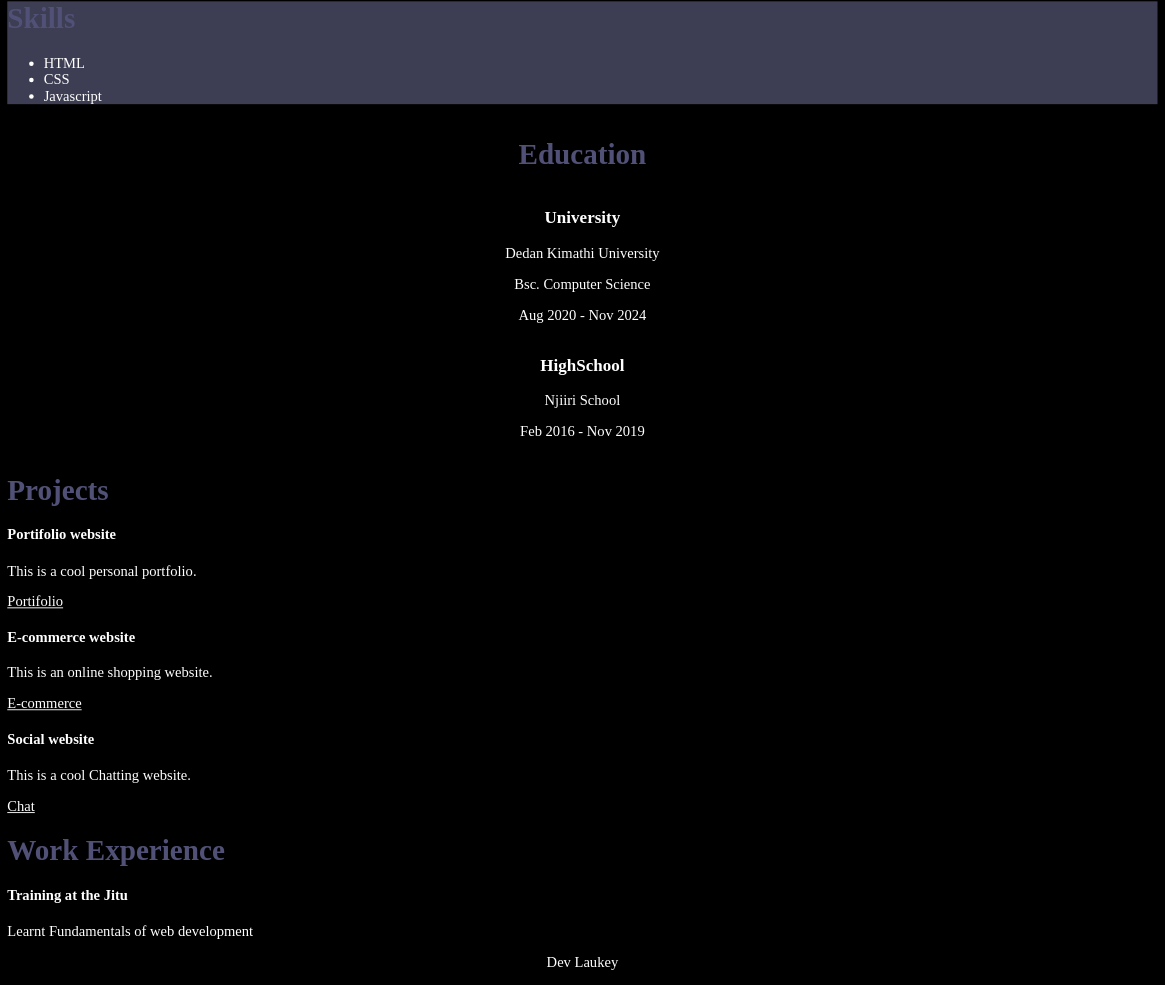
Repository: LaukeyMwaura/Jitu-Day-2
Page: index.html
The author's editor kept a copy of each file at every save. The page is drawn from the files as they stood at one save, then again after the next save.
The browser window is 1280 px wide. The pictures show the part of the page from y = 762 to 1866 px (the page is 1844 px tall before and 1866 px after), at 91% of full size.
A picture or video elsewhere on the page could not be fetched, so the positions and the page height are approximate.

Above is the page before, as saved 2022-05-11 14:41:21.

After the next save:
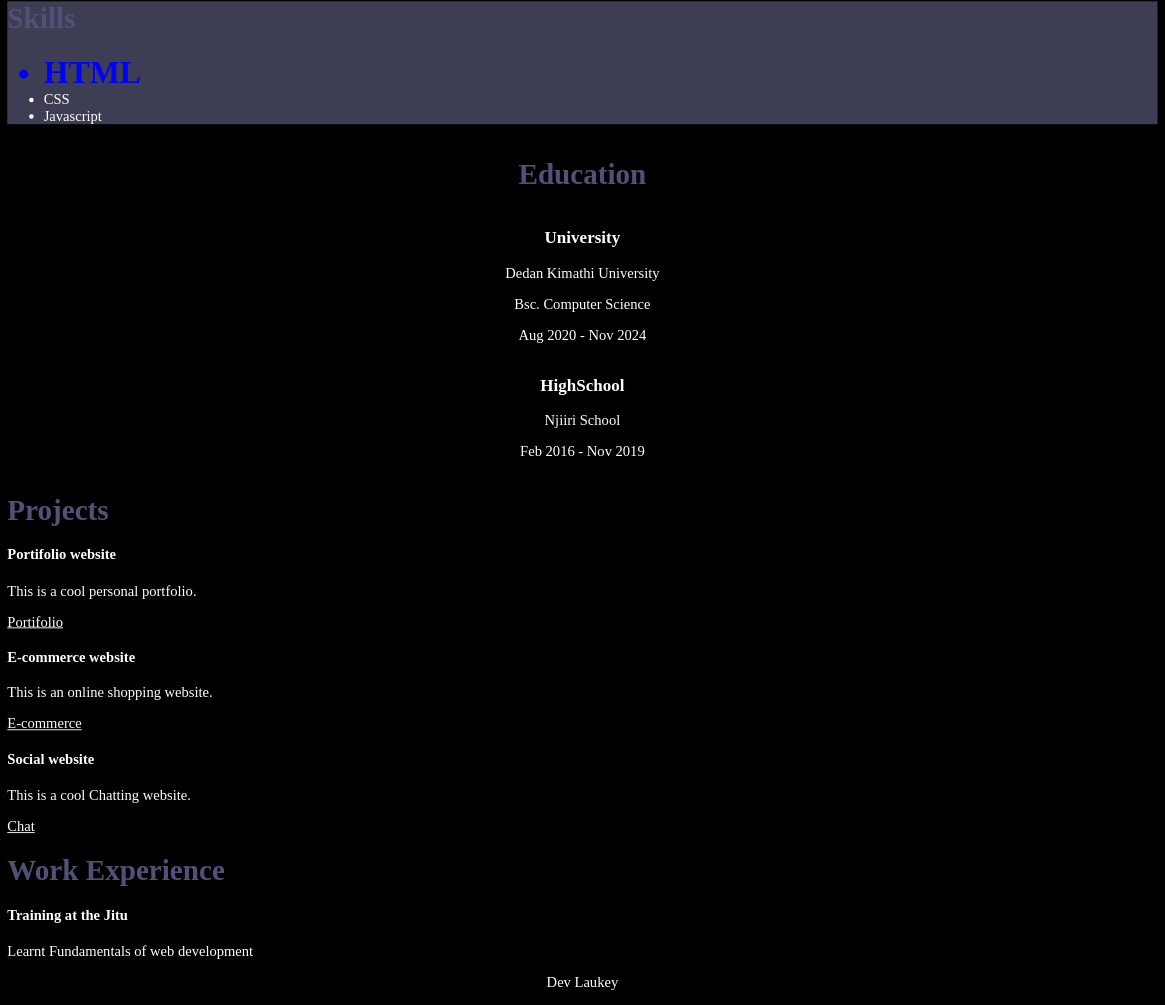
Saved 51 s later.
--- a/style.css
+++ b/style.css
@@ -1,18 +1,23 @@
-*{
-    color: white;
+* {
+  color: white;
 }
-body{
-    background-color:black;
+body {
+  background-color: black;
 }
 
-h1{
-    color:rgb(81, 81, 119);
+h1 {
+  color: rgb(81, 81, 119);
 }
-.about{
-    background-color:blue;
+.about {
+  background-color: blue;
 }
-.education{
-    text-align:center;
-    display: flex;
-    flex-direction: column;
+.education {
+  text-align: center;
+  display: flex;
+  flex-direction: column;
 }
+#html {
+  color: blue;
+  font-weight: bold;
+  font-size: 35px;
+}
